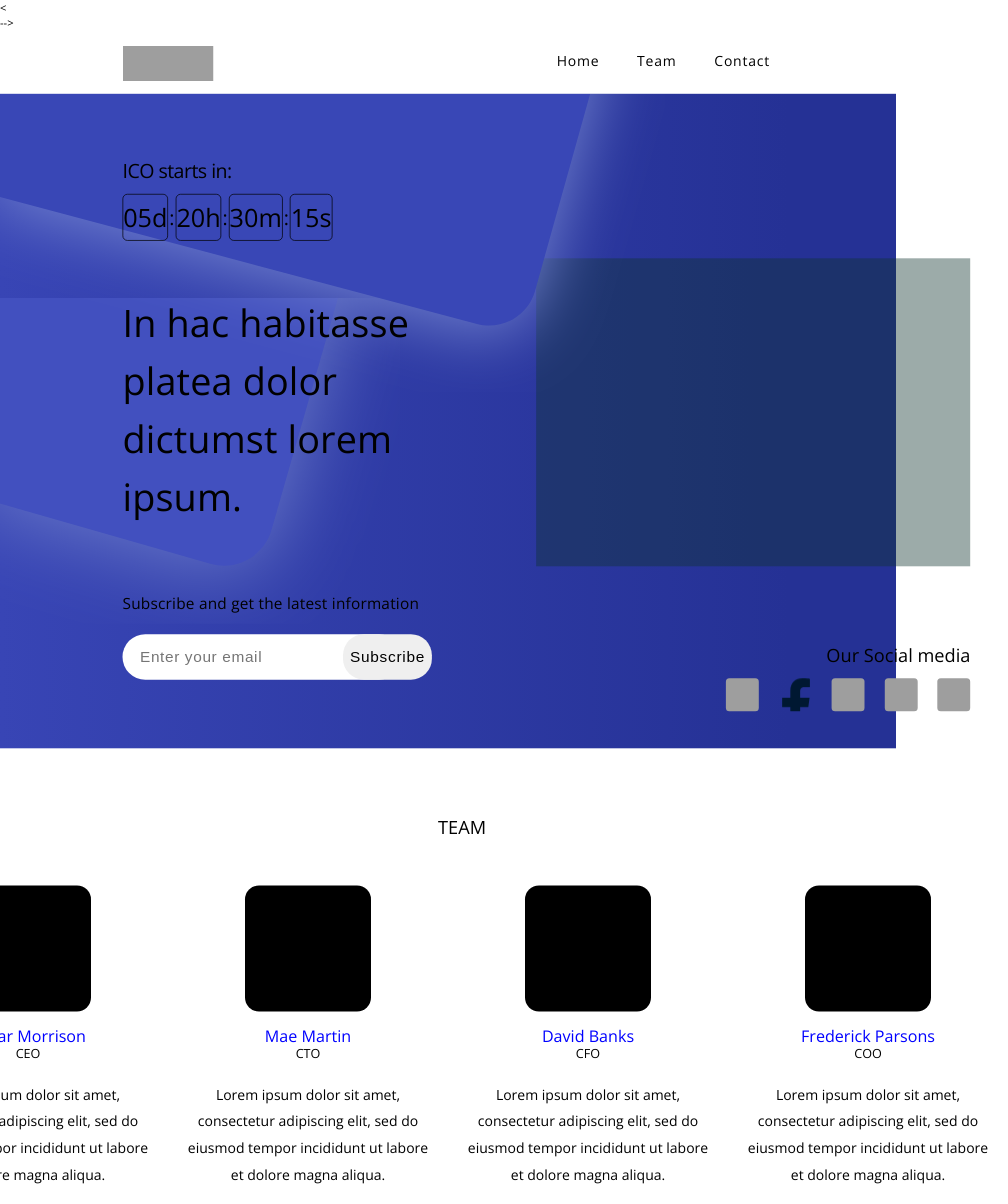
Repository: McGregorSt/newOne
Page: index.html
The author's editor kept a copy of each file at every save. The page is drawn from the files as they stood at one save, then again after the next save.
The browser window is 1280 px wide. The page is 1440 px wide, so the pictures cover 1440 px, including what lies to the right of the window. The pictures show the part of the page from y = 0 to 1720 px (the page is 2360 px tall before and 2338 px after), at 70% of full size.
Pictures or frames that could not be fetched are drawn as grey boxes.

Above is the page before, as saved 2019-12-16 10:57:12.

After the next save:
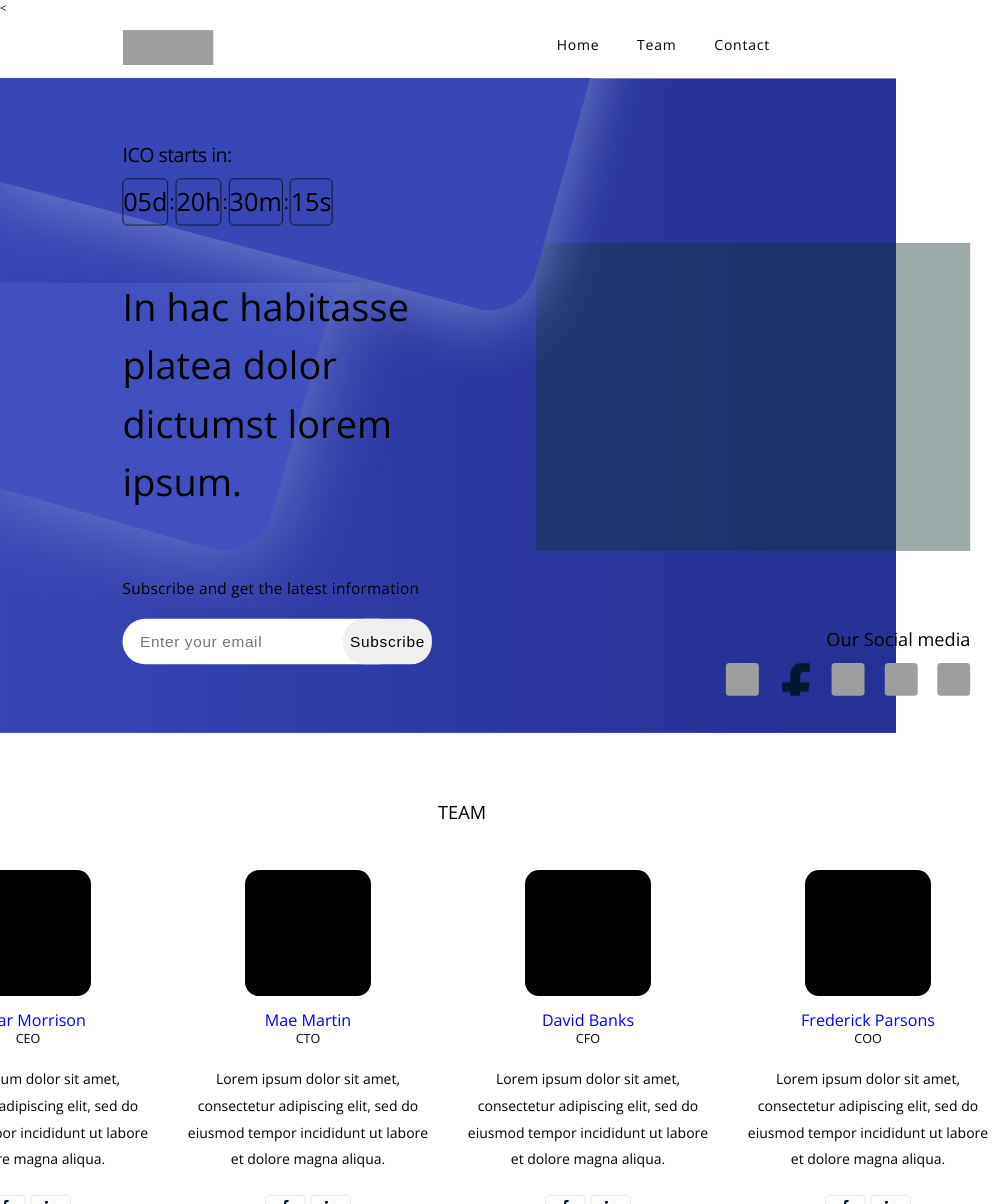
Saved 17 s later.
--- a/index.html
+++ b/index.html
@@ -9,7 +9,7 @@
   <title>Ethworks</title>
 </head>
 <body>
-  < <div class="container"> -->
+  < <div class="container">
     <section class="header">
       <div class="header__logo"></div>
       <ul class="header__menu">
